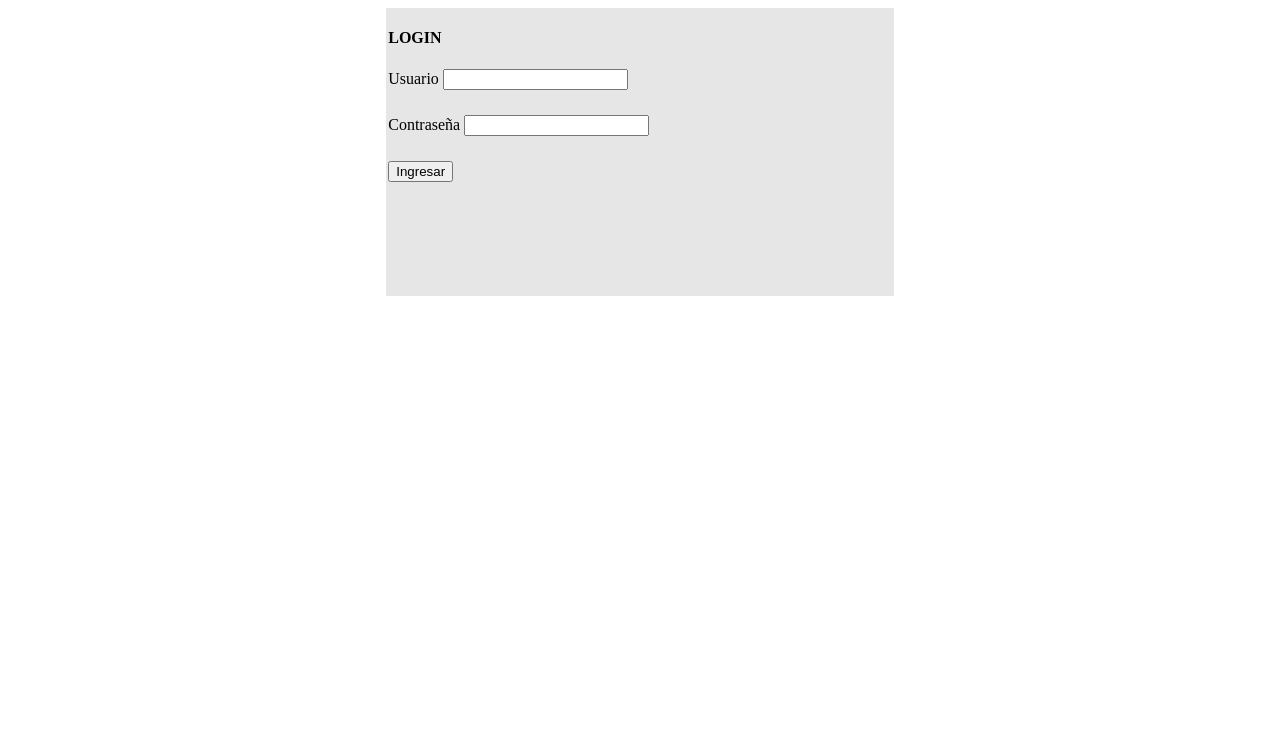
Repository: juanmondragonc/torre-project
Page: http://localhost/torre/login.jsp
The author's editor kept a copy of each file at every save. The page is drawn from the files as they stood at one save, then again after the next save.
The browser window is 1280 px wide. The pictures show the whole page.
The page is served by Tomcat 9. Other server files are loaded and not shown.

Above is the page before, as saved 2022-08-10 20:37:06.

### torre/src/main/webapp/login.jsp
<%@ page language="java" contentType="text/html; charset=ISO-8859-1"
    pageEncoding="ISO-8859-1"%>
<!DOCTYPE html>
<html>
<head>
<meta charset="ISO-8859-1">
<link rel="stylesheet" href="css/style.css">
<title>Insert title here</title>
</head>
<body>
	<div class="container">
		<div class="section-login">
			<form method="post" action="login">
				<h4>LOGIN</h4>
				<div class="form-group">
					<label for="username">Usuario</label>
					<input id="username" name="username" type="text"/>
				</div>
				<div class="form-group">
					<label for="password">Contraseña</label>
					<input id="password" name="password" type="password"/>
				</div>
				<input type="submit" value="Ingresar"/>
			</form>
		</div>
	</div>

</body>
</html>

### torre/src/main/webapp/css/style.css
 .container {
 	height: 100vh;
 	width: auto;
 	justify-content: center;
 	display: flex;
 }
 table, th, td {
	border: 1px solid black;
	border-collapse: collapse;
}
.form-group {
 	position: relative;
 	margin-bottom: 25px;
	overflow: hidden;
}
.section-login{
	padding-left: 2px;
	width: 40%;
	height:40%;
	background-color: #e7e6e6;
}

After the next save:
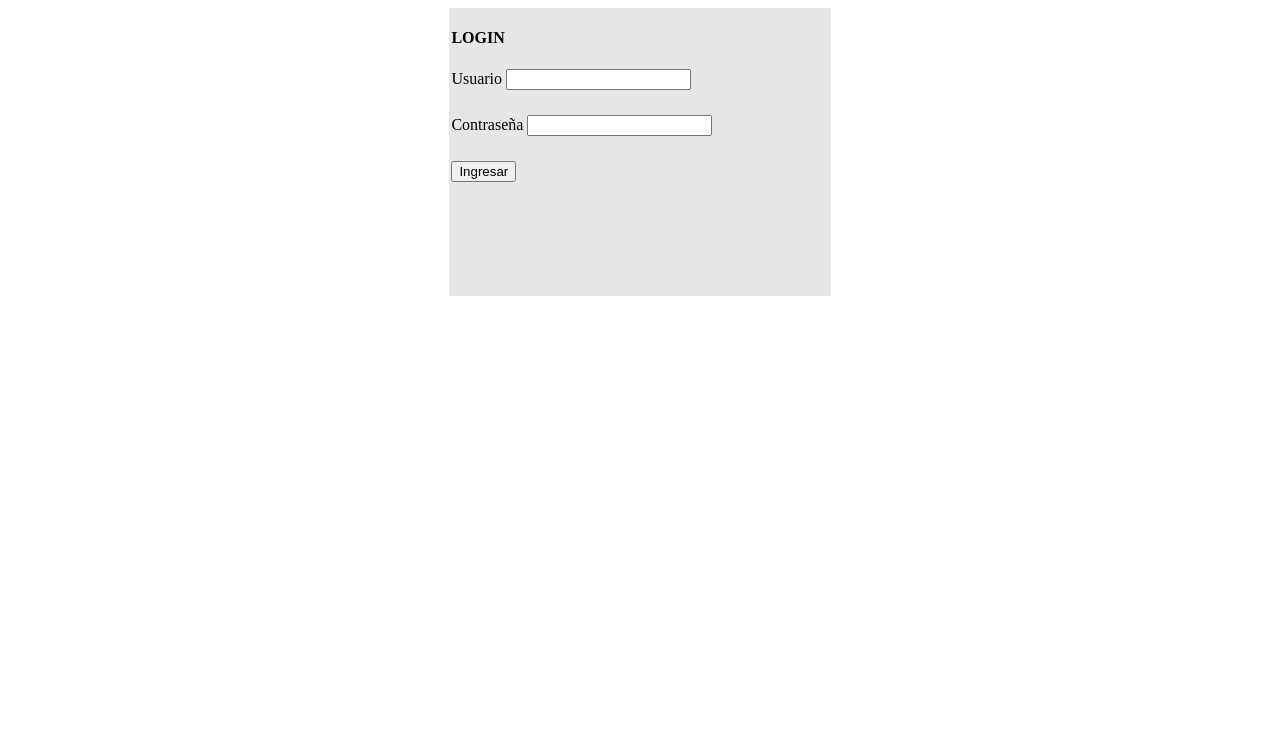
Saved 34 s later.
--- a/torre/src/main/webapp/css/style.css
+++ b/torre/src/main/webapp/css/style.css
@@ -15,7 +15,7 @@
 }
 .section-login{
 	padding-left: 2px;
-	width: 40%;
+	width: 30%;
 	height:40%;
 	background-color: #e7e6e6;
 }
